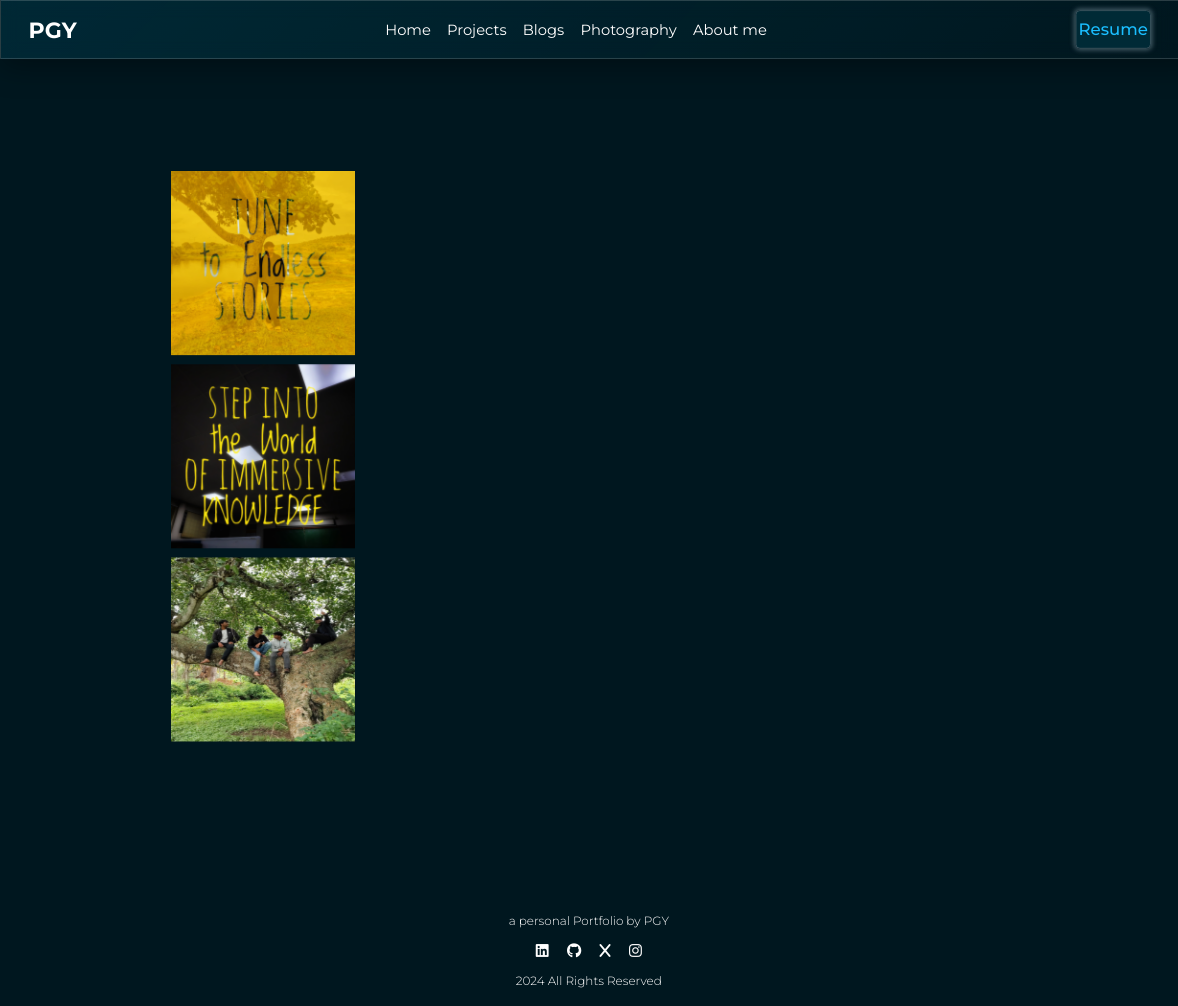
Repository: pgyunknown/pgyunknown
Page: photography.html
These files come from the project's save history. The page is drawn as it stood at one moment and after the next save; the edit follows.
The browser window is 1280 px wide. The pictures show the whole page, at 92% of full size.
Some web libraries are served in a nearby version.

Above is the page before, as saved 2024-08-22 10:55:55.

After the next save:
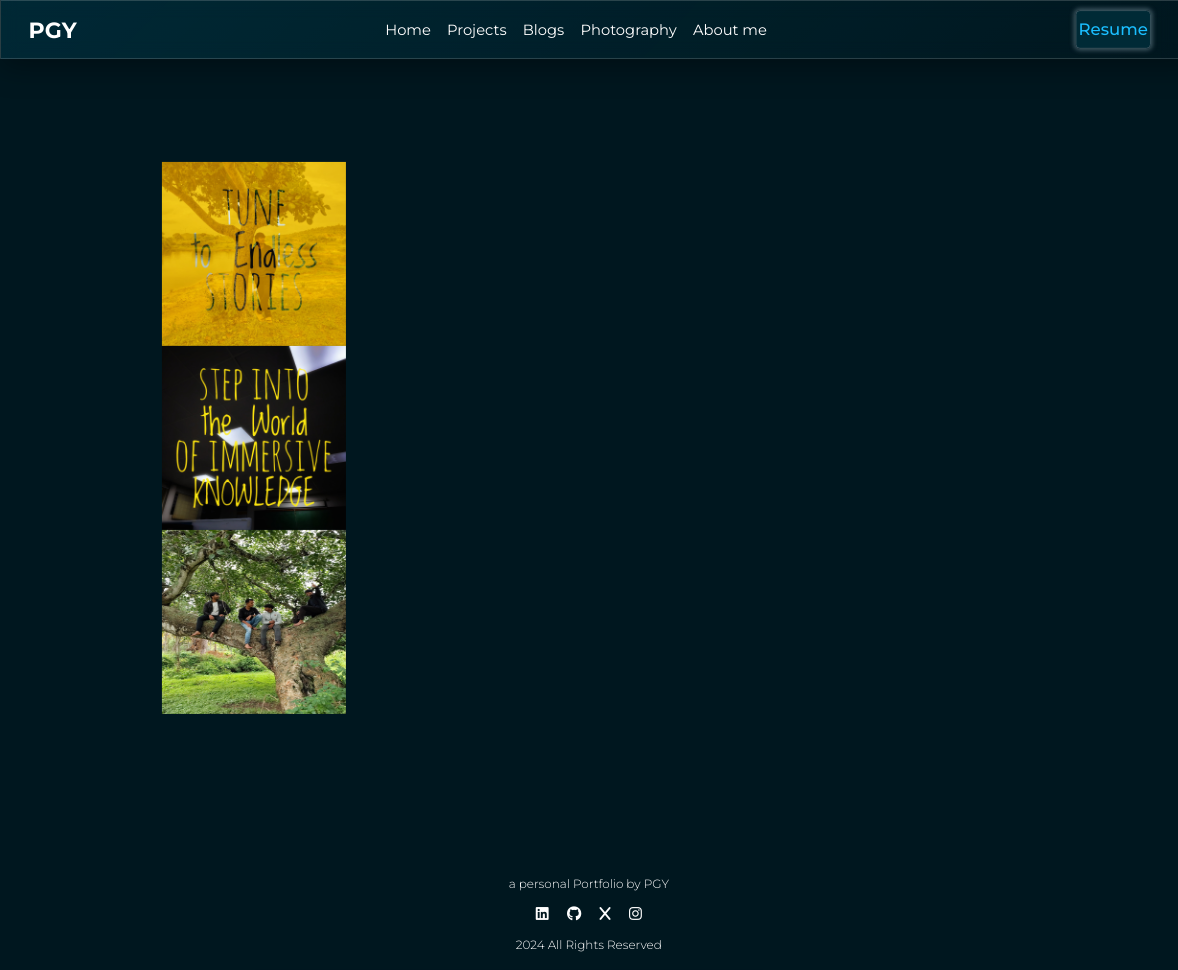
Saved 20 s later.
--- a/photography.css
+++ b/photography.css
@@ -113,6 +113,9 @@
 }
 
 .container {
+        display: flex;
+    flex-direction: row;
+}
     position: relative;
     margin: 10px;
 }

After the save that followed:
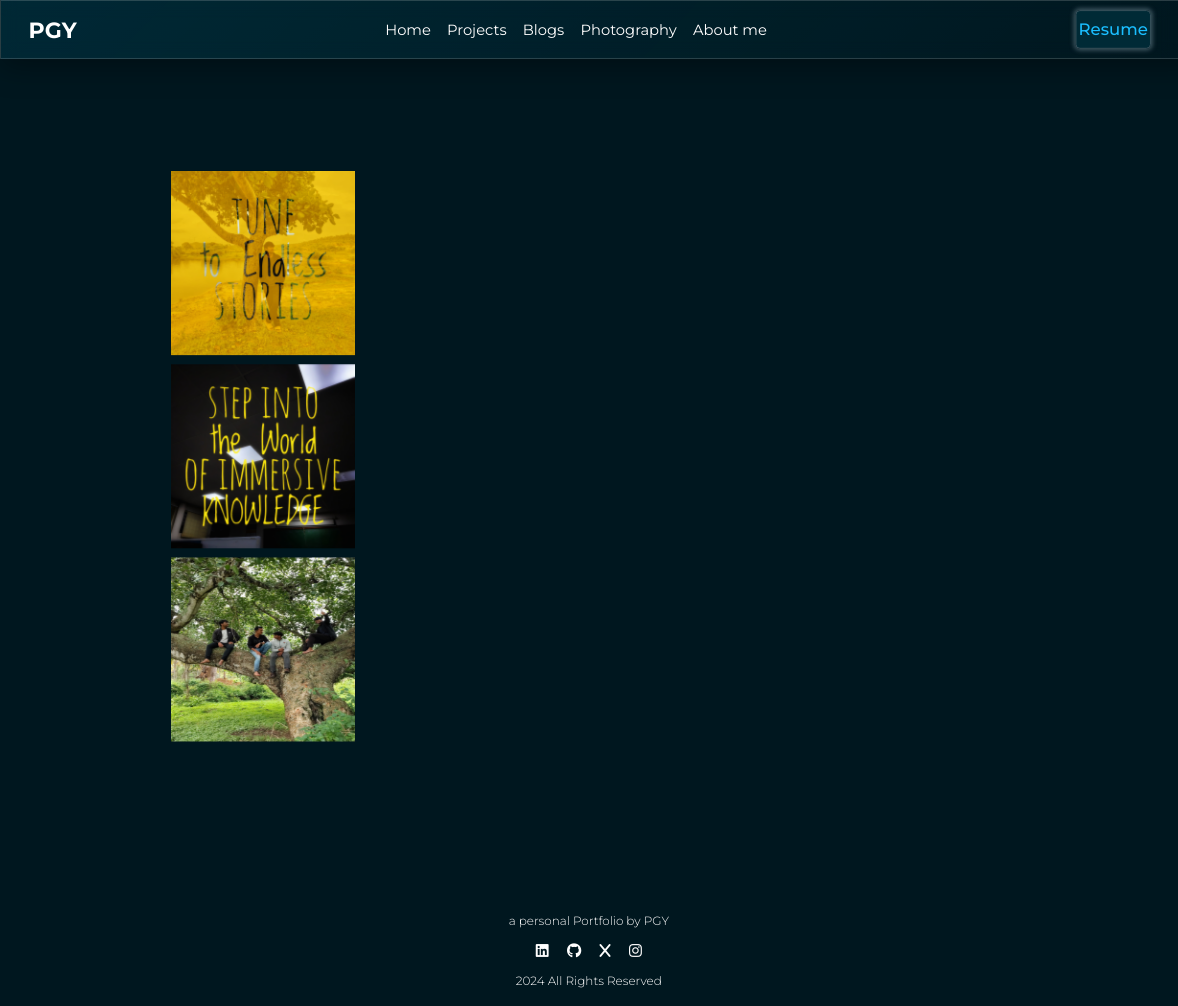
Saved 15 s later.
--- a/photography.css
+++ b/photography.css
@@ -115,7 +115,7 @@
 .container {
         display: flex;
     flex-direction: row;
-}
+
     position: relative;
     margin: 10px;
 }
